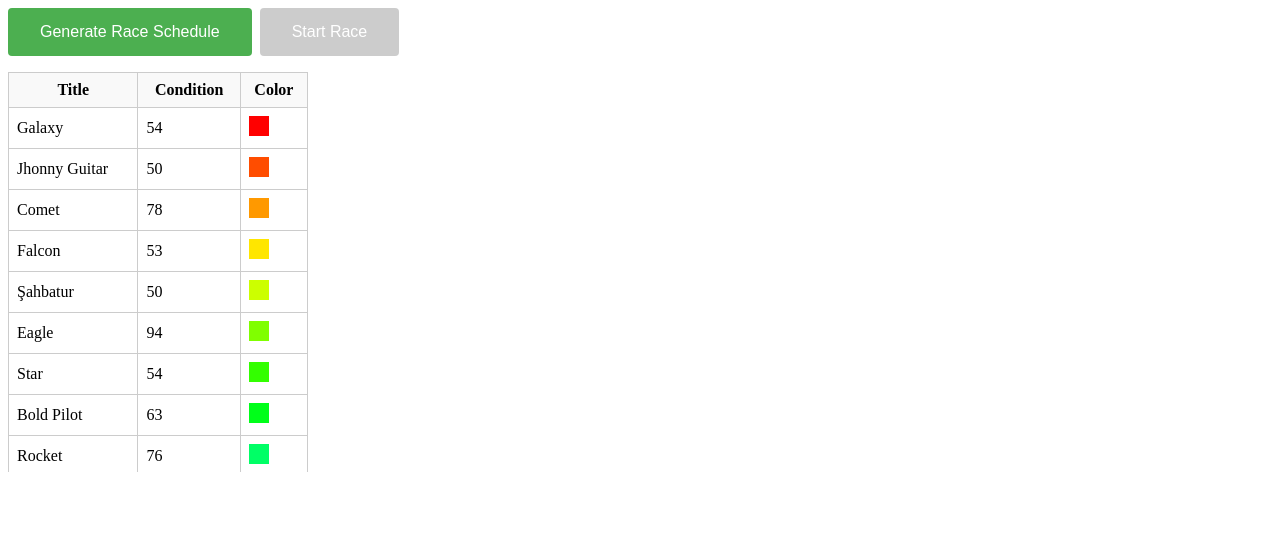
Repository: akinankarali/horse-racing-game
Page: /
An editor plug-in stored every save of this project. The page is shown before and after a run of saves, followed by the edit.
The browser window is 1280 px wide. The pictures show the whole page.
The project was rebuilt for these pictures with package versions that can differ from the ones it lists, and the page was loaded fresh each time. The framework's server and built-in components were replaced by stand-ins that run in the browser. Also part of the build but not shown: nuxt.config.ts, components/Results.vue. Imported but missing from the stored project, and not drawn on this page: store/setting.

Above is the page before, as saved 2024-06-09 21:12:22.

After the next 2 saves:
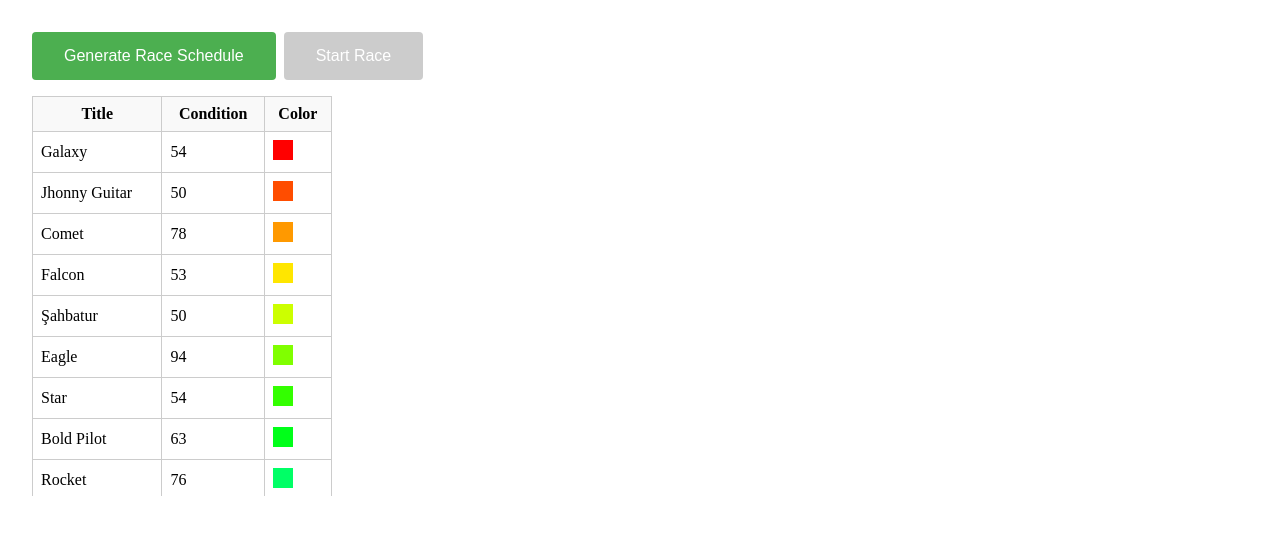
The 2 saves are shown as one change because they came seconds apart.
The last was saved 45 s later.
--- a/pages/index.vue
+++ b/pages/index.vue
@@ -57,6 +57,10 @@ export default {
     .race-board-section {
       flex: 1;
     }
+
+    .information-section {
+      padding: 24px;
+    }
   }
 }
 </style>
